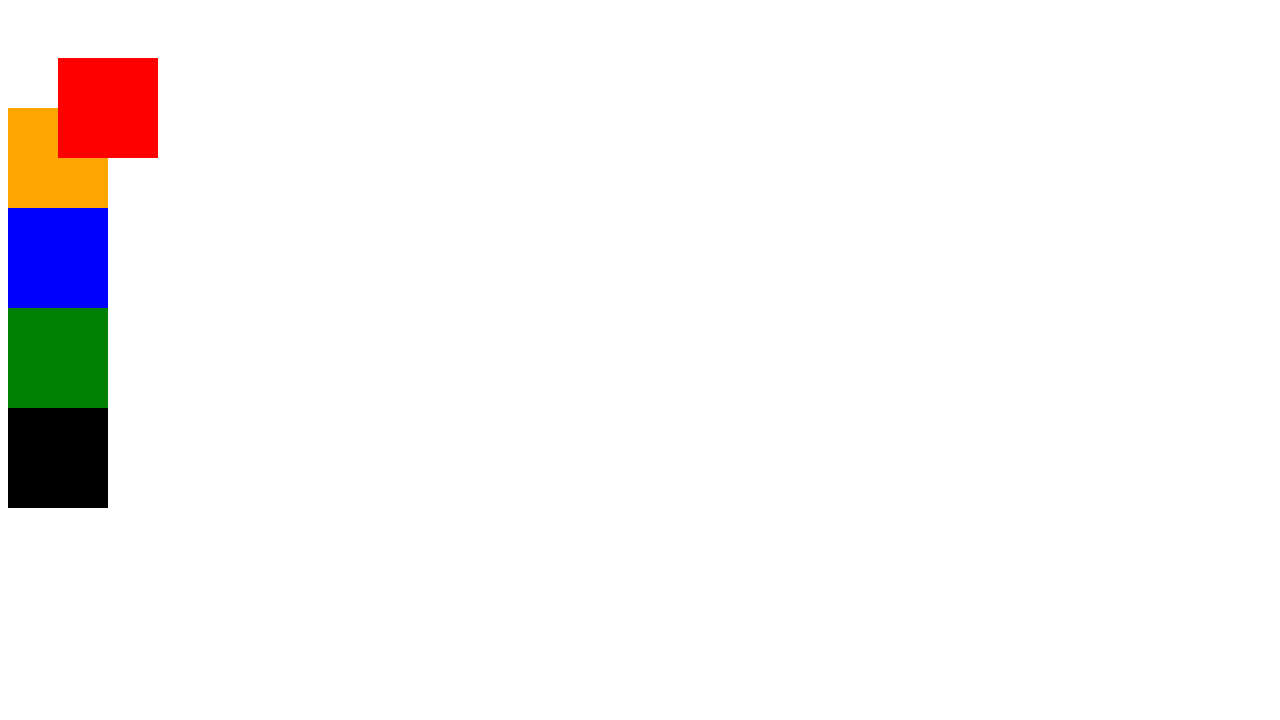
Repository: andiausrust/css-traversy
Page: positioning/index.html
These files come from the project's save history. The page is drawn as it stood at one moment and after the next save; the edit follows.
The browser window is 1280 px wide. The pictures show the whole page.

Above is the page before, as saved 2020-08-21 07:59:38.

After the next save:
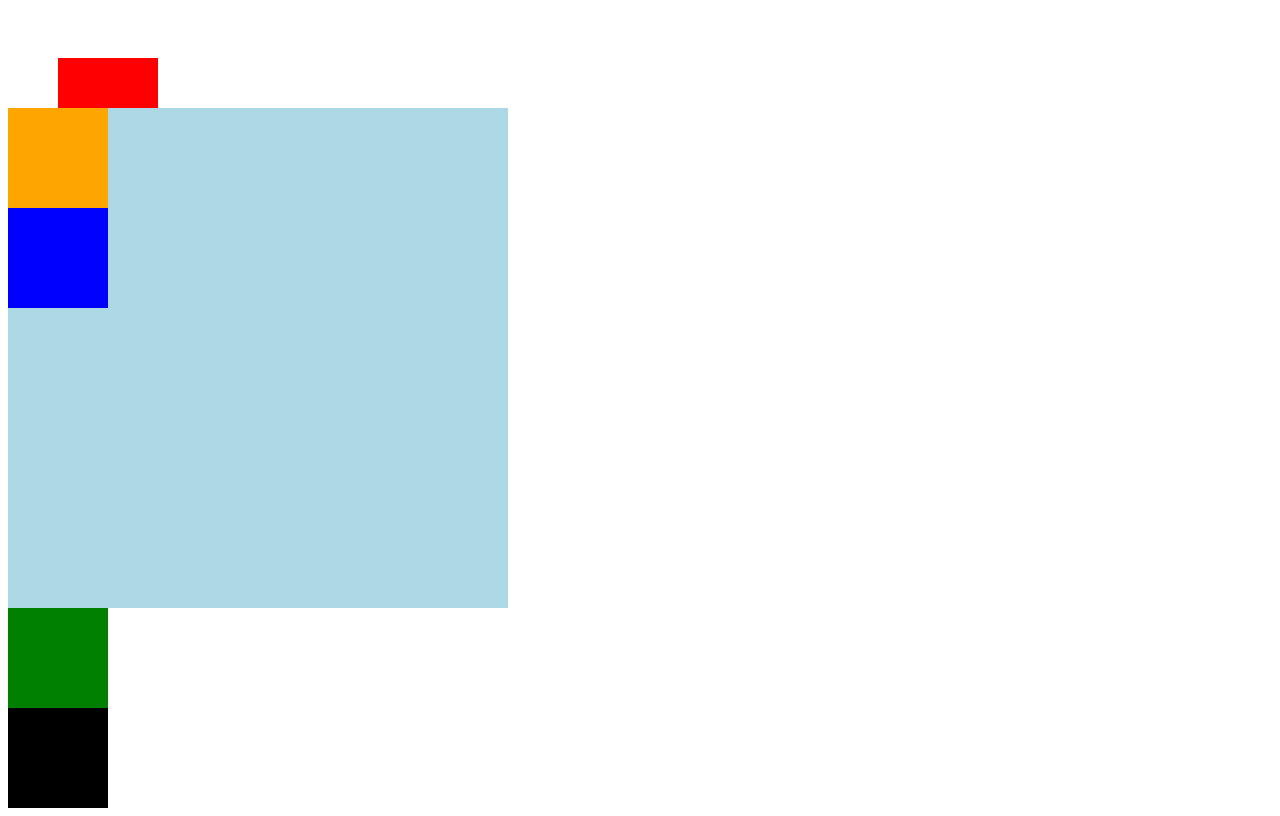
Saved 85 s later.
--- a/positioning/index.html
+++ b/positioning/index.html
@@ -8,8 +8,10 @@
     </head>
     <body>
         <div id="box-1" class="box"></div>
-        <div id="box-2" class="box"></div>
-        <div id="box-3" class="box"></div>
+        <div class="container">
+            <div id="box-2" class="box"></div>
+            <div id="box-3" class="box"></div>
+        </div>
         <div id="box-4" class="box"></div>
         <div id="box-5" class="box"></div>
     </body>
--- a/positioning/css/style.css
+++ b/positioning/css/style.css
@@ -8,6 +8,13 @@
     top: 50px;
     left: 50px;
     background: red;
+}
+
+.container {
+    width: 500px;
+    height: 500px;
+    position: relative;
+    background-color: lightblue;
 }
 
 #box-2 {
